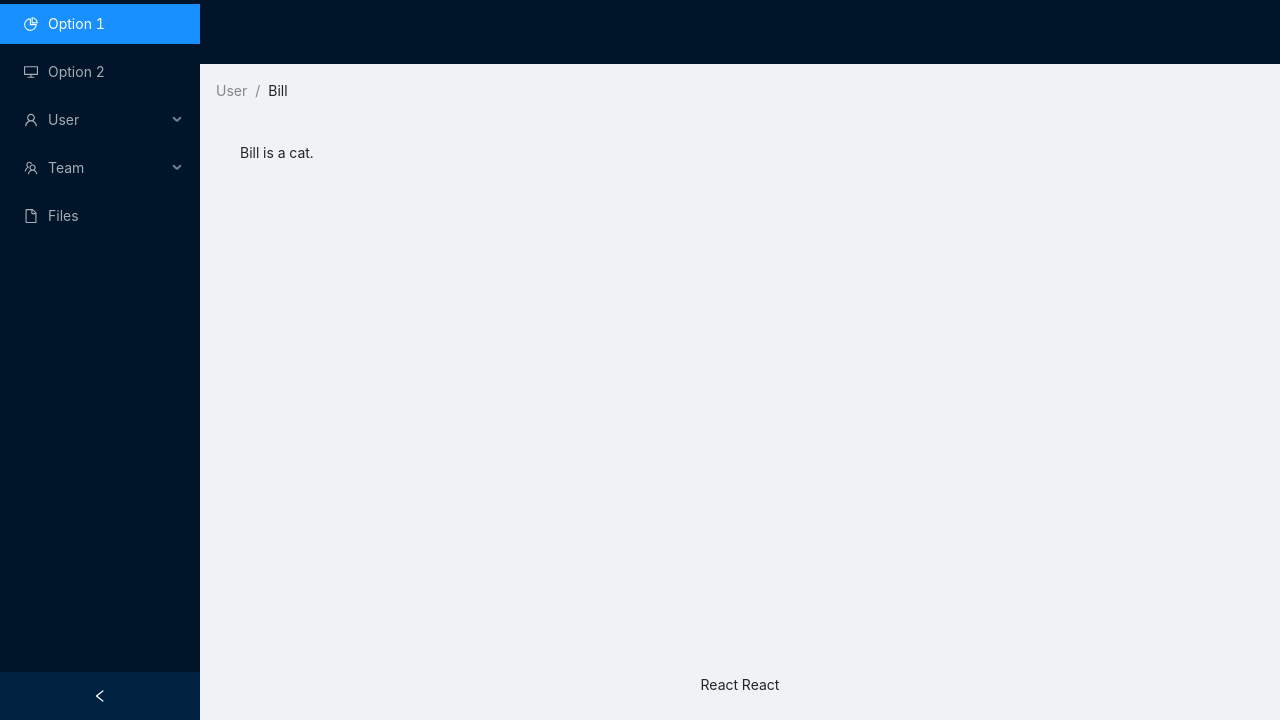
Repository: Vsran/management
Page: /
An editor plug-in stored every save of this project. The page is shown before and after the next save, followed by the edit.
The browser window is 1280 px wide. The pictures show the whole page.
The project was rebuilt for these pictures with package versions that can differ from the ones it lists, and the page was loaded fresh each time.

Above is the page before, as saved 2021-01-16 13:22:07.

After the next save:
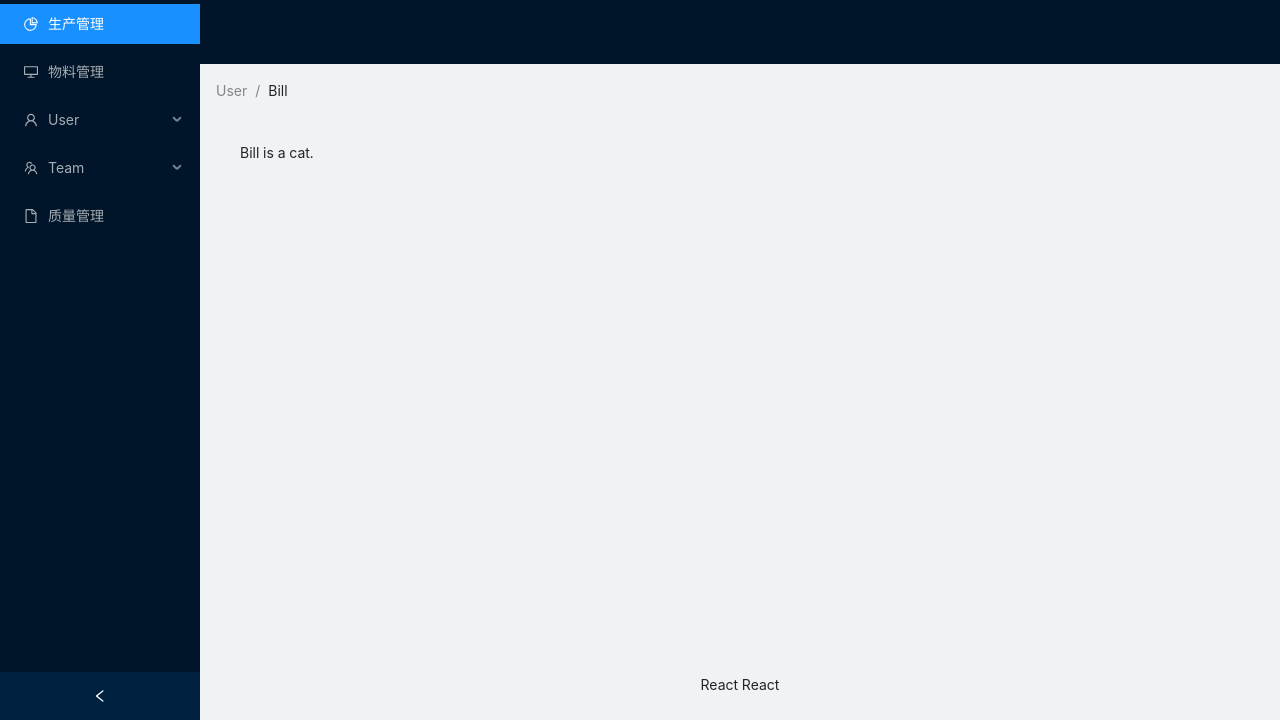
Saved 3 min 34 s later.
--- a/src/pages/layout.js
+++ b/src/pages/layout.js
@@ -29,10 +29,10 @@ class SiderDemo extends React.Component {
           <div className="logo" />
           <Menu theme="dark" defaultSelectedKeys={['1']} mode="inline">
             <Menu.Item key="1" icon={<PieChartOutlined />}>
-              Option 1
+               生产管理
             </Menu.Item>
             <Menu.Item key="2" icon={<DesktopOutlined />}>
-              Option 2
+              物料管理
             </Menu.Item>
             <SubMenu key="sub1" icon={<UserOutlined />} title="User">
               <Menu.Item key="3">Tom</Menu.Item>
@@ -44,7 +44,7 @@ class SiderDemo extends React.Component {
               <Menu.Item key="8">Team 2</Menu.Item>
             </SubMenu>
             <Menu.Item key="9" icon={<FileOutlined />}>
-              Files
+              质量管理
             </Menu.Item>
           </Menu>
         </Sider>
